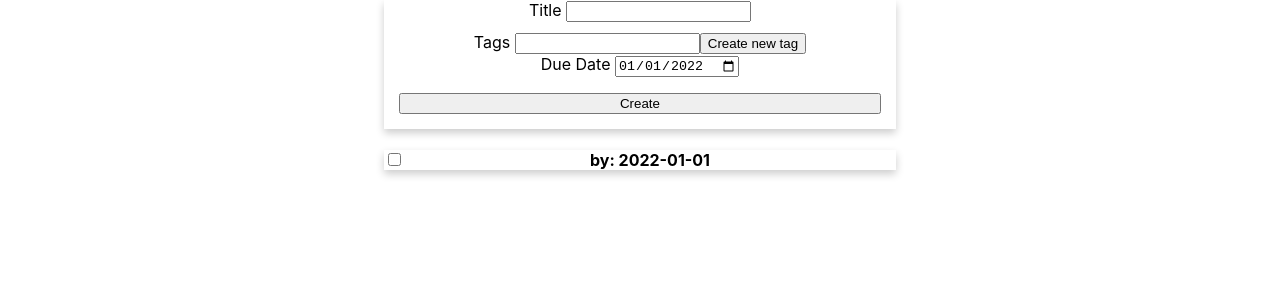
Repository: sanjayMamidipaka/reactappbits
Page: /, after clicking the first element matching `div.submitButton > button`
These files come from the project's save history. The page is drawn as it stood at one moment and after the next save; the edit follows.
The browser window is 1280 px wide. The pictures show the whole page.
The project was rebuilt for these pictures with package versions that can differ from the ones it lists, and the page was loaded fresh each time. Also part of the build but not shown: src/components/Tag.css, src/components/Tag.tsx.

Above is the page before, as saved 2022-01-18 18:09:10.

### src/App.tsx
import logo from './logo.svg';
import './App.css';
import TodoList from './components/TodoList';

function App() {
  return (
    <div className="App">
      <TodoList/>
    </div>
  );
}

export default App;

### src/components/TodoList.tsx
import React, { EventHandler } from 'react'
import './TodoList.css'
import { useState } from 'react'
import Tag from './Tag'
import TodoItem from './TodoItem'
/**
 * Thank you for applying to Bits of Good. You are free to add/delete/modify any
 * parts of this project. That includes changing the types.ts, creating css files,
 * modifying import statements, using contexts, etc. We do recommend to keep it simple.
 * You will not be judged based on complexity. We also recommend using
 * multiple components instead of coding everything on this file :)
 *
 * Have fun! Please reach out to hello@bitsofgood.org or wkim330@gatech.edu if you
 * have any questions!
 *
 * Bits of Good Engineering Team
 *
 */
// TODO: Start coding from here

// Here's a baseline todo item type.
// Feel free to extend or create your own interface!

export default function TodoList() {
  const [title, setTitle] = useState('');
  const [tagValue, setTagValue] = useState('');
  const [index, setIndex] = useState(0);
  const [date, setDate] = useState('2022-01-01');
  const completedItems: any[] = [];
  const [todoListCompletedItems, setTodoListCompletedItems] = useState(completedItems);

  const [tagArray, setTagArray] = useState<{name1: string, index1: number}[]>([]);

    const addNewTag = (e: React.MouseEvent<HTMLButtonElement>) => {
      e.preventDefault();
      if (tagValue !== "") {
        setTagArray((tagArray: {name1: string, index1: number}[]) => {
          return [...tagArray, {name1: tagValue, index1: index}];
        });
      }
      setIndex(index + 1);
      setTagValue('');

    }

    const removeElement = (index: number) => {
      setTagArray((tagArray)=>{
        let newTagArray = tagArray.filter((tagObject) => tagObject.index1 !== index);

        return newTagArray;
      })
      console.log(tagArray);

    }

    const handleSubmit = (e: React.MouseEvent<HTMLButtonElement>) => {
      const itemToAdd: any = {
      title: title,
      dueDate: date,
      tagList: tagArray,
      completed: false,
      idx: new Date().getTime().toString()
    }
    setTitle('');
    setTodoListCompletedItems([...todoListCompletedItems, itemToAdd]);
    setTagArray([]);
    }
  return (
    <div>
  <div className="card">
    <label htmlFor="nameLabel">Title </label>
        <input
          type="text"
          value={title}
          onChange={(e) => setTitle(e.target.value)}
        />
        <div style={{padding: '5px'}}></div>

        <label htmlFor="tagLabel">Tags </label>
        <input
          type="text"
          value={tagValue}
          onChange={(e) => setTagValue(e.target.value)}
        />
        <button type="submit" onClick={addNewTag}>
          Create new tag
        </button>

        <div>
          {tagArray.map((tagObject: {name1: string, index1: number}) => {
            return <Tag name={tagObject.name1} key={tagObject.index1} theIndex={tagObject.index1} remove={removeElement} include={"x"}></Tag>
          })}
        </div>

        <label htmlFor="dueDateLabel">Due Date </label>
        <input
          type="date"
          value={date}
          onChange={(e) => setDate(e.target.value)}
        />

        <div style={{padding: '15px'}} className = 'submitButton'>
          <button style ={{width: '100%'}} type='submit' onClick={handleSubmit}>Create</button>
        </div>

</div>

      <div>
          {todoListCompletedItems.map((todoListItem) => {
            return <TodoItem todoListItem={todoListItem} key={todoListItem.idx} index={todoListItem.idx}></TodoItem>
          })}
        </div>

        </div>
  )
}

### src/components/TodoList.css
.card {
  /* Add shadows to create the "card" effect */
  box-shadow: 0 4px 8px 0 rgba(0,0,0,0.2);
  transition: 0.3s;
  width: 40%;
  margin: 0 auto;
}

/* On mouse-over, add a deeper shadow */
.card:hover {
  box-shadow: 0 8px 16px 0 rgba(0,0,0,0.2);
}

/* Add some padding inside the card container */
.container {
  padding: 2px 16px;
}

### src/components/TodoItem.tsx
import React, { EventHandler } from 'react'
import Tag from './Tag';

export default function TodoItem({todoListItem, index}: {todoListItem: any, index: string}) {
    const {title, dueDate, tagList, completed} = todoListItem;

    return (
        <div className="card">
            <input type="checkbox" style={{float: "left"}} />
            <div>
                <h1 className="child" style={{display: 'inline'}}>{title}</h1>
                <h4 className="child">by: {dueDate}</h4>
            </div>
            {tagList.map((tagObject: {name1: string, index1: number}, index: number) => {
                return <Tag name={tagObject.name1} key={tagObject.index1} theIndex={tagObject.index1} remove={()=>{}} include={""}></Tag>
            })}
        </div>
    )
}

Loaded but not shown: public/index.html (common file); src/index.tsx (common file); src/index.css (common file); src/reportWebVitals.js (common file); src/App.css (common file)

After the next save:
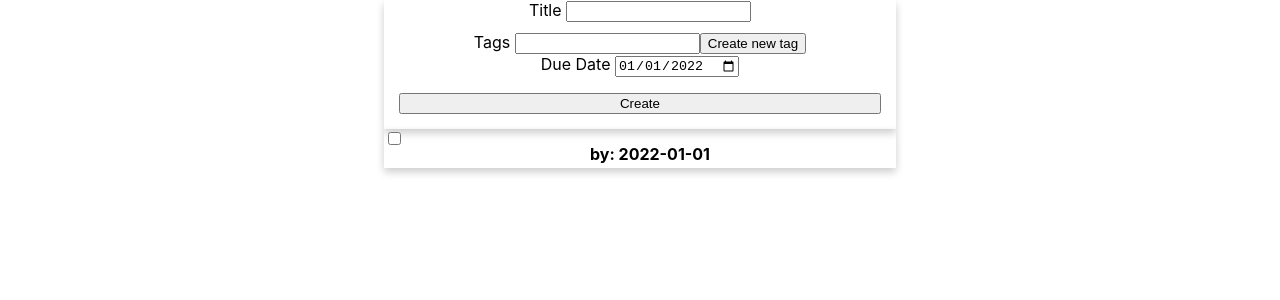
Saved 8 s later.
--- a/src/components/TodoItem.tsx
+++ b/src/components/TodoItem.tsx
@@ -9,7 +9,7 @@ export default function TodoItem({todoListItem, index}: {todoListItem: any, inde
             <input type="checkbox" style={{float: "left"}} />
             <div>
                 <h1 className="child" style={{display: 'inline'}}>{title}</h1>
-                <h4 className="child">by: {dueDate}</h4>
+                <h4 className="child" style={{display: 'inline'}}>by: {dueDate}</h4>
             </div>
             {tagList.map((tagObject: {name1: string, index1: number}, index: number) => {
                 return <Tag name={tagObject.name1} key={tagObject.index1} theIndex={tagObject.index1} remove={()=>{}} include={""}></Tag>
